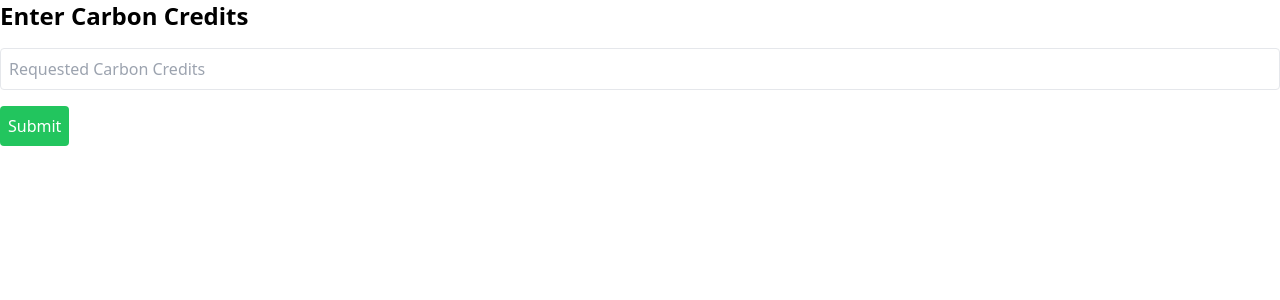
Repository: kayacancode/tolgrainger
Page: /input
The author's editor kept a copy of each file at every save. The page is drawn from the files as they stood at one save, then again after the next save.
The browser window is 1280 px wide. The pictures show the whole page.
The project was rebuilt for these pictures with package versions that can differ from the ones it lists, and the page was loaded fresh each time. The framework's server and built-in components were replaced by stand-ins that run in the browser. Also part of the build but not shown: next.config.mjs.

Above is the page before, as saved 2024-10-21 23:19:36.

After the next save:
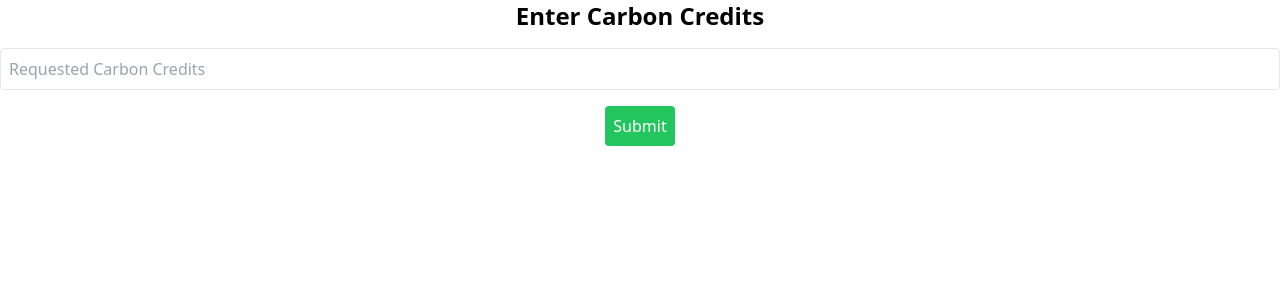
Saved 14 min 37 s later.
--- a/src/app/input/page.tsx
+++ b/src/app/input/page.tsx
@@ -14,7 +14,7 @@ export default function CarbonInputPage() {
   };
 
   return (
-    <form onSubmit={handleSubmit} className="space-y-4">
+    <form onSubmit={handleSubmit} className="space-y-4 text-center">
       <h2 className="text-2xl font-bold">Enter Carbon Credits</h2>
       <input
         type="number"
